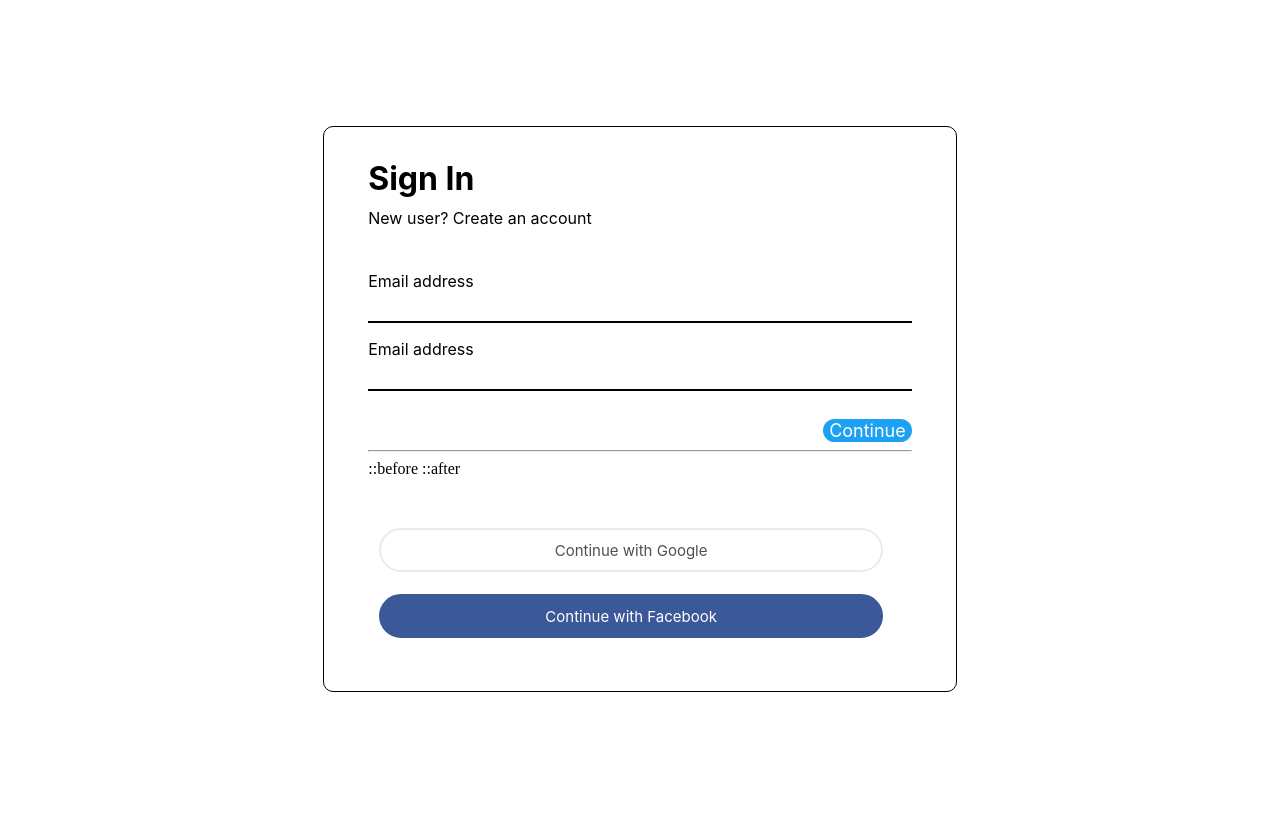
Repository: thangluu93/WereWolf
Page: Template/signIn.html
These files come from the project's save history. The page is drawn as it stood at one moment and after the next save; the edit follows.
The browser window is 1280 px wide. The pictures show the whole page.

Above is the page before, as saved 2020-01-13 14:10:50.

### Template/signIn.html
<html>

<head>
    <title>Onion ID</title>
    <link rel="stylesheet" href="../Stylesheet/signInStyle.css">
</head>

<body id="body1">
    <div class="container" id="container1">
        <div class="containerBody" id="containerBody1">
            <div class="border" id="border1">
                <div class="content" id="content1">
                    <div class="contentHeader">
                        <h1 class="Heading">Sign In</h1>
                        <p class="subHead">New user? Create an account</p>
                    </div>
                    <div >
                        <div class="fieldContainer" >
                            <div >
                                <p style="margin-bottom: 0;"> Email address </p>
                                <input type="email" class="field">
                            </div>
                            <div >
                                <p style="margin-bottom: 0;"> Email address </p>
                                <input type="email" class="field">
                            </div>
                        </div>
                        <div class="emailContinue">
                            <button class="emailContinueBtn ">
                                <span>Continue</span>
                            </button>
                        </div>
                    </div>
                    <div class="contentFooter">
                        <hr data-content="or">
                        ::before
                        ::after
                        </hr>
                        <div class="socialSignIn" id="socialSignIn1">
                            <a href="" class="googleSignIn">
                                <!-- <svg viewBox="0 0 1152 1152" focusable="false" aria-hidden="true" role="img"
                                class="googleIconSvg">
                                <path
                                    d="M1055.994 594.42a559.973 559.973 0 0 0-8.86-99.684h-458.99V683.25h262.28c-11.298 60.918-45.633 112.532-97.248 147.089v122.279h157.501c92.152-84.842 145.317-209.78 145.317-358.198z"
                                    fill="#4285f4"></path>
                                <path
                                    d="M588.144 1070.688c131.583 0 241.9-43.64 322.533-118.07l-157.5-122.28c-43.64 29.241-99.463 46.52-165.033 46.52-126.931 0-234.368-85.728-272.691-200.919H152.636v126.267c80.19 159.273 245 268.482 435.508 268.482z"
                                    fill="#34a853"></path>
                                <path
                                    d="M315.453 675.94a288.113 288.113 0 0 1 0-185.191V364.482H152.636a487.96 487.96 0 0 0 0 437.724z"
                                    fill="#fbbc05"></path>
                                <path
                                    d="M588.144 289.83c71.551 0 135.792 24.589 186.298 72.88l139.78-139.779C829.821 144.291 719.504 96 588.143 96c-190.507 0-355.318 109.21-435.508 268.482L315.453 490.75c38.323-115.19 145.76-200.919 272.691-200.919z"
                                    fill="#ea4335"></path>
                            </svg> -->
                                <span>Continue with Google</span>
                            </a>
                            <a href="" class="facebookSignIn">
                                <!-- <svg viewBox="0 0 1152 1152" class="facebookIconSvg" aria-hidden="true" data-prefix="fab" data-icon="facebook-f"
                                role="img" xmlns="http://www.w3.org/2000/svg" viewBox="0 0 264 512" data-fa-i2svg="">
                                <path fill="currentColor"
                                    d="M76.7 512V283H0v-91h76.7v-71.7C76.7 42.4 124.3 0 193.8 0c33.3 0 61.9 2.5 70.2 3.6V85h-48.2c-37.8 0-45.1 18-45.1 44.3V192H256l-11.7 91h-73.6v229">
                                </path>
                            </svg> -->
                                <span>Continue with Facebook</span>

                            </a>

                        </div>
                    </div>
                </div>

            </div>
        </div>
    </div>
</body>

</html>

### Stylesheet/signInStyle.css
.containerBody{
    margin: 0;
    padding: 0;
    width: 100%;
}

#containerBody1{
  width: 100%;

}

#content1{

    display: flex;
    flex-direction: column;


}

.content{
    height: 90%;
    padding: 5% 7% 7% 7%;
}

.border{
    width: 50%;
    height: 80%;
}

#border1{
    border: 1px solid black;
    border-radius: 10px;   ;

    margin: 10% auto;
    justify-content: center;
    align-items: center;

}

.socialSignIn a{
    margin: 2%;
    width: 92%;
    height: 2.5rem;
    display: flex;
    align-items: center;
    justify-content: center;
    font-size: 15px;
}

.socialSignIn{
    margin-top: 2.5rem;
}

#socialSignIn1{
    display: flex;
    flex-direction: column;
}

.googleSignIn,.facebookSignIn,.twitterSignIn{
    border: 2px;
    border-style: solid;
    border-radius: 100px;
}

.subHead{
    margin: 10px 0 0 0;
}

.heading{
    margin: 0;
}

p {
    font-family: adobe-clean,"Source Sans Pro",-apple-system,BlinkMacSystemFont,"Segoe UI",Roboto,sans-serif;
}

h1{
    font-family: adobe-clean,"Source Sans Pro",-apple-system,BlinkMacSystemFont,"Segoe UI",Roboto,sans-serif;
    font-size: 32px;
}

span{
    font-family: adobe-clean,"Source Sans Pro",-apple-system,BlinkMacSystemFont,"Segoe UI",Roboto,sans-serif;
}

a{
    text-decoration: none;
}

.field{
    width: 100%;
    height: 2rem;
    margin:0;
    border-color: black;
    border-top: 0;
    border-left: 0;
    border-right: 0;
    border-bottom: 2px;
    border-style: solid;
    font-size: 16px;
    outline: none;
}

.fieldContainer{
    margin: 8% 0 5% 0;
}

.emailContinueBtn{
    border-radius: 100px;
    font-size: 18px;
    height: fit-content;
    width: fit-content;
    box-shadow: none;
    background-color: #1da1f2;
    color: white;
    border: none;
    outline: none;
}

.emailContinue{
    display: flex;
    align-items: flex-end;
    flex-direction: column;
}

.googleSignIn{
    border-color: #eaeaea;
    color: #505050;
}

.facebookSignIn{
    border-color:#3b5998;
    background-color: #3b5998;
    color: white;
}

.twitterSignIn{
    color: white;
    border-color: #1da1f2;
    background-color: #1da1f2;
}

After the next save:
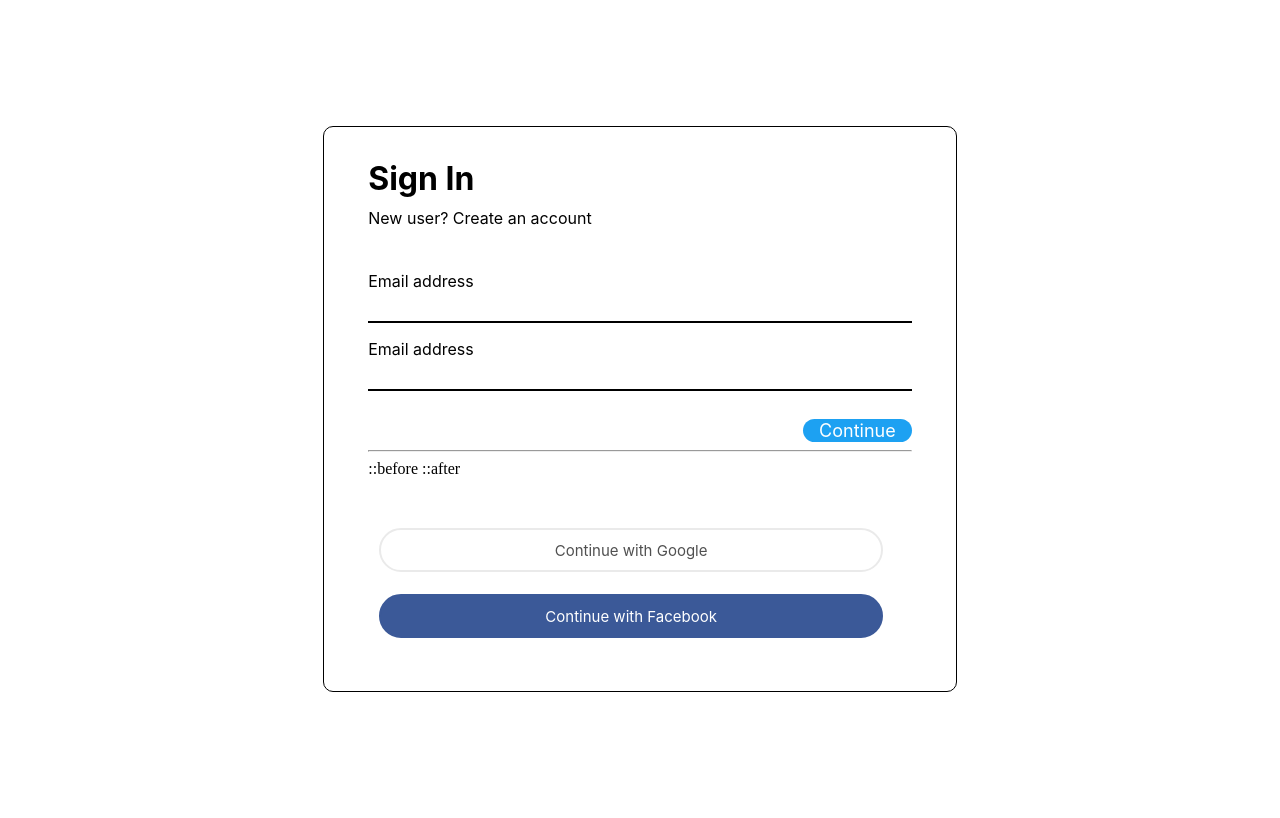
Saved 23 s later.
--- a/Stylesheet/signInStyle.css
+++ b/Stylesheet/signInStyle.css
@@ -108,8 +108,8 @@ a{
 .emailContinueBtn{
     border-radius: 100px;
     font-size: 18px;
-    height: fit-content;
-    width: fit-content;
+    height: 10%;
+    width: 20%;
     box-shadow: none;
     background-color: #1da1f2;
     color: white;
